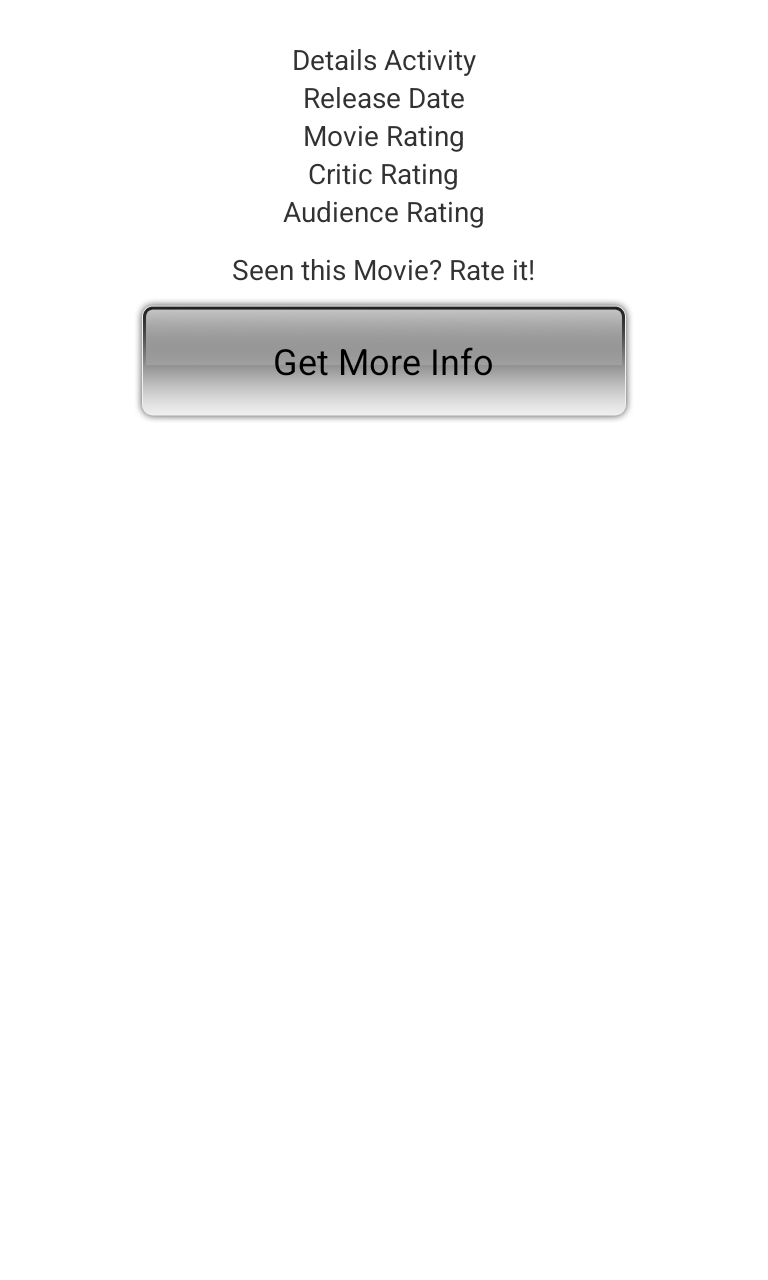
Repository: efreestone/Java2_Freestone
Layout: Java2Project2/res/layout/activity_details.xml
These files come from the project's save history. The layout is drawn as it stood at one moment and after the next save; the edit follows.
It is drawn on a 768 x 1280 px phone screen (xhdpi) without system bars, with theme AppTheme; the app's code is not run.

Above is the layout before, as saved 2014-05-15 21:17:06.

After the next save:
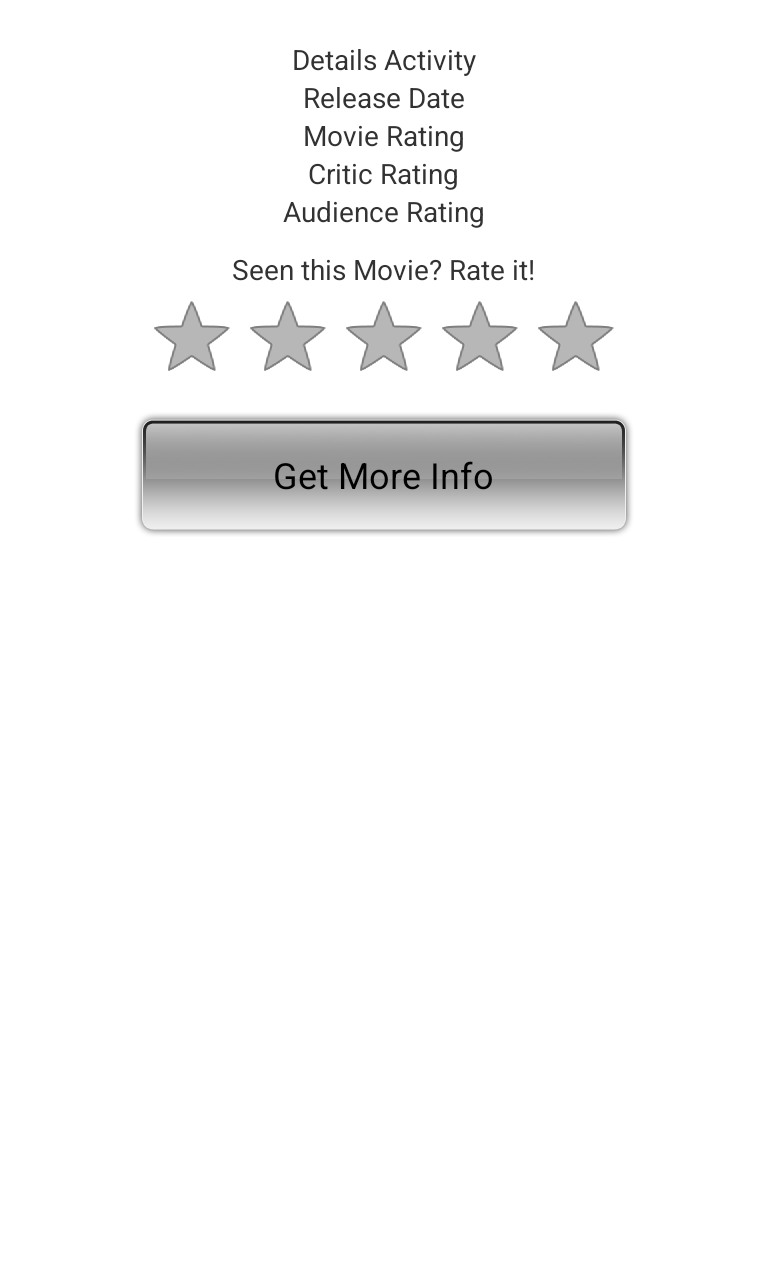
Saved 55 s later.
--- a/Java2Project2/res/layout/activity_details.xml
+++ b/Java2Project2/res/layout/activity_details.xml
@@ -43,6 +43,11 @@
         android:paddingTop="10dp"
         android:text="@string/ratingBarTitleString" />
 
+    <RatingBar
+        android:id="@+id/movieRatingBar"
+        android:layout_width="wrap_content"
+        android:layout_height="wrap_content" />
+
     <Button
         android:id="@+id/moreInfoButton"
         android:layout_width="wrap_content"
